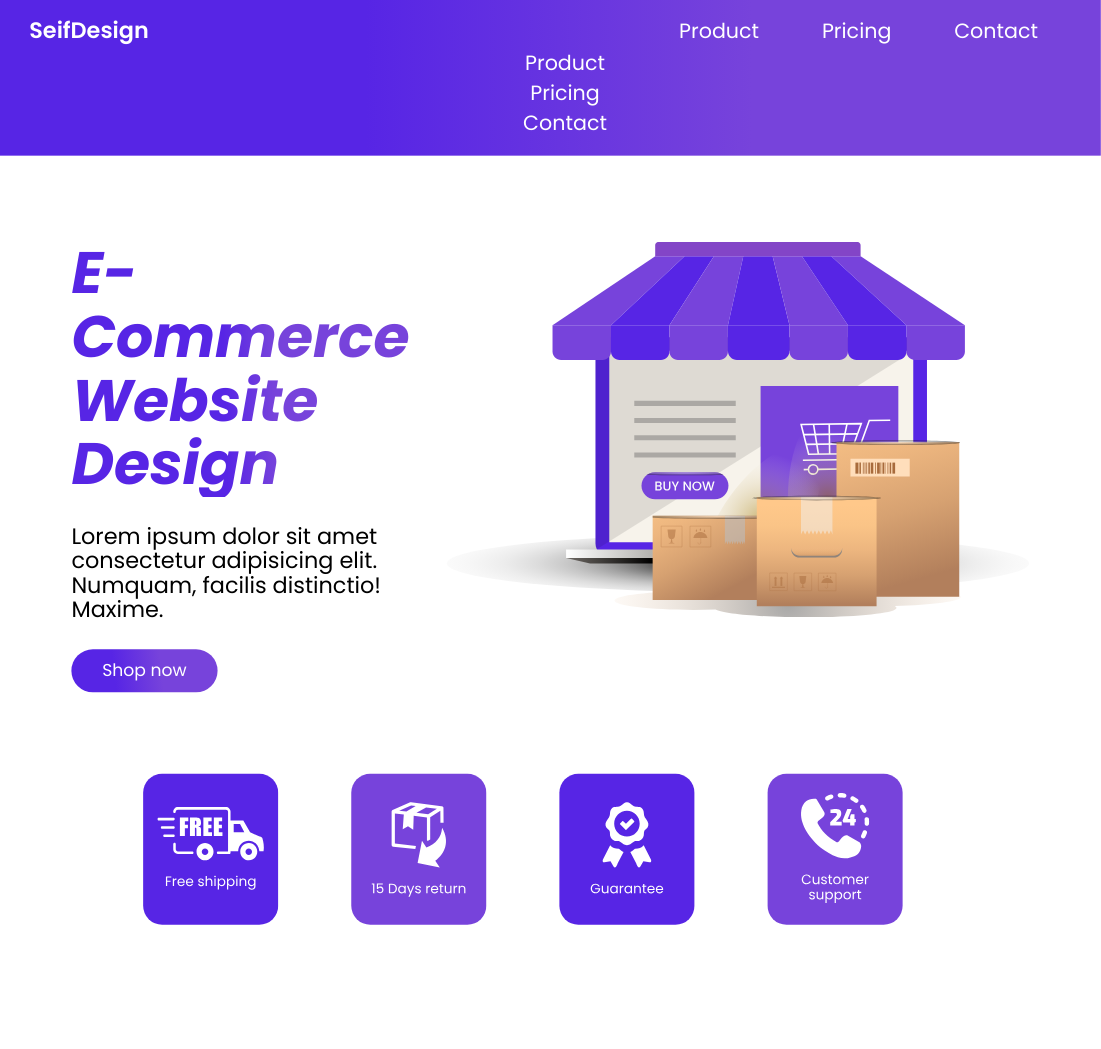
Repository: NatiqSamiyev/commers-desing-JS
Page: index.html
The author's editor kept a copy of each file at every save. The page is drawn from the files as they stood at one save, then again after the next save.
The browser window is 1280 px wide. The pictures show the whole page, at 86% of full size.
Some web fonts or font styles are not loaded; a fallback is used.

Above is the page before, as saved 2023-11-06 12:06:08.

### index.html
<!DOCTYPE html>
<html lang="en">
  <head>
    <meta charset="UTF-8" />
    <meta name="viewport" content="width=device-width, initial-scale=1.0" />
    <title>Document</title>
    <link rel="stylesheet" href="index.css" />
  </head>
  <body>
    <div class="commerse-design-container">
      <div class="top-container">


        <nav>
          <h1>SeifDesign</h1>
          <ul>
            <li>
              <a href="#">Product</a>
            </li>
            <li>
              <a href="#">Pricing</a>
            </li>
            <li>
              <a href="#">Contact</a>
            </li>
          </ul>
          <button>
            <img src="./image/Frame 1.svg" alt="">
          </button>
        </nav>
<div class="menu-box">
  <a href="#">Product</a>
  <a href="#">Pricing</a>
<a href="#">Contact</a>
</div>

      </div>

      <main>
        <div class="image-container">
          <div class="box-1">
            <h2>E-Commerce Website Design</h2>
            <p>
              Lorem ipsum dolor sit amet consectetur adipisicing elit. Numquam,
              facilis distinctio! Maxime.
            </p>
            <button>
              <a href="#">Shop now</a>
            </button>
          </div>

          <div class="box-2">
            <img src="./image/Group.svg" alt="" />
          </div>
        </div>


        <div class="bottom-container">
          <div class="box-1">
            <img src="./image/Frame 12.svg" alt="" />
            <img src="./image/Frame 11.svg" alt="" />
          </div>
         <div class="box-2">
          <img src="./image/Frame 10.svg" alt="" />
          <img src="./image/Frame 13.svg" alt="" />
         </div>

        </div>
      </main>


  </body>
  <script src="./index.js"></script>
</html>

### index.css
@import url("https://fonts.googleapis.com/css2?family=Epilogue:wght@400;600;700;800;900&family=Inter:wght@400;500;600;700&family=Laila:wght@700&family=Open+Sans:wght@400;600;700;800&family=Poppins:ital,wght@0,400;0,500;0,600;0,700;1,700&family=Roboto+Slab:wght@700&family=Roboto:wght@400;700;900&display=swap");

* {
  margin: 0;
  padding: 0;
  box-sizing: border-box;
}

.commerse-design-container {
  width: 100%;
  padding: 0 0 33px 0;
  min-height: 100vh;
}

.top-container {
  width: 100%;
  padding: 16px 0 21px 34px;
  background: linear-gradient(270deg, #7743db 31.64%, #5725e5 66.78%);
}

.top-container h1 {
  color: #fff;
  font-family: Poppins;
  font-size: 26px;
  font-style: normal;
  font-weight: 600;
  line-height: normal;
}

.top-container nav {
  display: flex;
  justify-content: space-between;
  align-items: center;
}
.top-container nav button {
  background: none;
  border: none;
  display: none;
}

.top-container nav ul {
  display: flex;
}

.top-container nav ul li {
  margin-right: 73px;
  list-style-type: none;
}

.top-container nav ul li a {
  text-decoration: none;
  color: #fff;
  text-align: center;
  font-family: Poppins;
  font-size: 24px;
  font-style: normal;
  font-weight: 300;
  line-height: normal;
}
.top-container .menu-box {
  padding: ;
}
.top-container .menu-box a{
  color: #FFF;
text-align: center;
font-family: Poppins;
font-size: 24px;
font-style: normal;
font-weight: 300;
line-height: normal;
text-decoration: none;
display: block;
}
main {
  width: 100%;
  padding: 100px 83px;
}
main .image-container {
  margin-bottom: 83px;
  display: flex;
  justify-content: space-between;
}

.box-1 h2 {
  margin-bottom: 32px;
  font-family: Poppins;
  font-size: 68px;
  font-style: italic;
  font-weight: 700;
  line-height: 109%;
  background: linear-gradient(268deg, #7743db 46.2%, #5725e5 59.09%);
  background-clip: text;
  -webkit-background-clip: text;
  -webkit-text-fill-color: transparent;
}

.box-1 p {
  margin-bottom: 32px;
  color: #000;
  font-family: Poppins;
  font-size: 26px;
  font-style: normal;
  font-weight: 300;
  line-height: 109%;
}

.box-1 button {
  width: 170px;
  height: 50px;
  padding: 0px 24px;
  display: flex;
  justify-content: center;
  align-items: center;
  gap: 10px;
  border-radius: 25px;
  background: linear-gradient(263deg, #7743db 38.81%, #5725e5 70.24%);
  border: none;
}

.box-1 button a {
  text-decoration: none;
  color: #fff;
  font-family: Poppins;
  font-size: 20px;
  font-style: normal;
  font-weight: 400;
  line-height: 109%;
}

.box-2 img {
  width: 677.61px;
  height: 437.417px;
}

.bottom-container {
  display: flex;
  justify-content: center;
}

.bottom-container img {
  margin-right: 64px;
  width: 178px;
  height: 199px;
  padding: 10px;
  border-radius: 25px;
}
.bottom-container .box-1 {
  display: flex;
}

.bottom-container .box-2 {
  display: flex;
}
/* mobile design */

@media screen and (max-width: 768px) {
  .commerse-design-container {
    background-color: #ececec;
  }
  .top-container {
    padding: 20px;
  }
  .top-container h1 {
    font-size: 18px;
  }
  main {
    padding: 60px 20px;
    margin-bottom: 0;
  }
  .top-container nav ul {
    display: none;
  }
  .top-container nav button {
    display: block;
  }
  .image-container .box-2 {
    margin-bottom: 29px;
    display: flex;
    justify-content: center;
    align-items: center;
  }
  .image-container {
    flex-direction: column-reverse;
  }
  .image-container .box-2 img {
    width: 352px;
    height: 256.511px;
  }

  .image-container .box-1 {
    width: 100%;
    display: flex;
    justify-content: center;
    flex-direction: column;
    align-items: center;
  }

  .image-container .box-1 h2 {
    width: 390px;
    text-align: center;
    font-size: 40px;
  }

  .box-1 p {
    text-align: center;
    font-size: 20px;
  }

  .bottom-container {
    margin-top: 46px;
    display: flex;
    flex-direction: column;
  }
  .bottom-container .box-2 {
    flex-direction: row-reverse;
    justify-content: center;
  }
  .bottom-container .box-1 {
    justify-content: center;
  }
  .bottom-container img {
    width: 160px;
    height: 180px;
    margin-right: 20px;
  }

  .box-1 button {
    margin-bottom: 0;
  }
}

Loaded but not shown: index.js (no stored copy; drawn as an empty file)

After the next save:
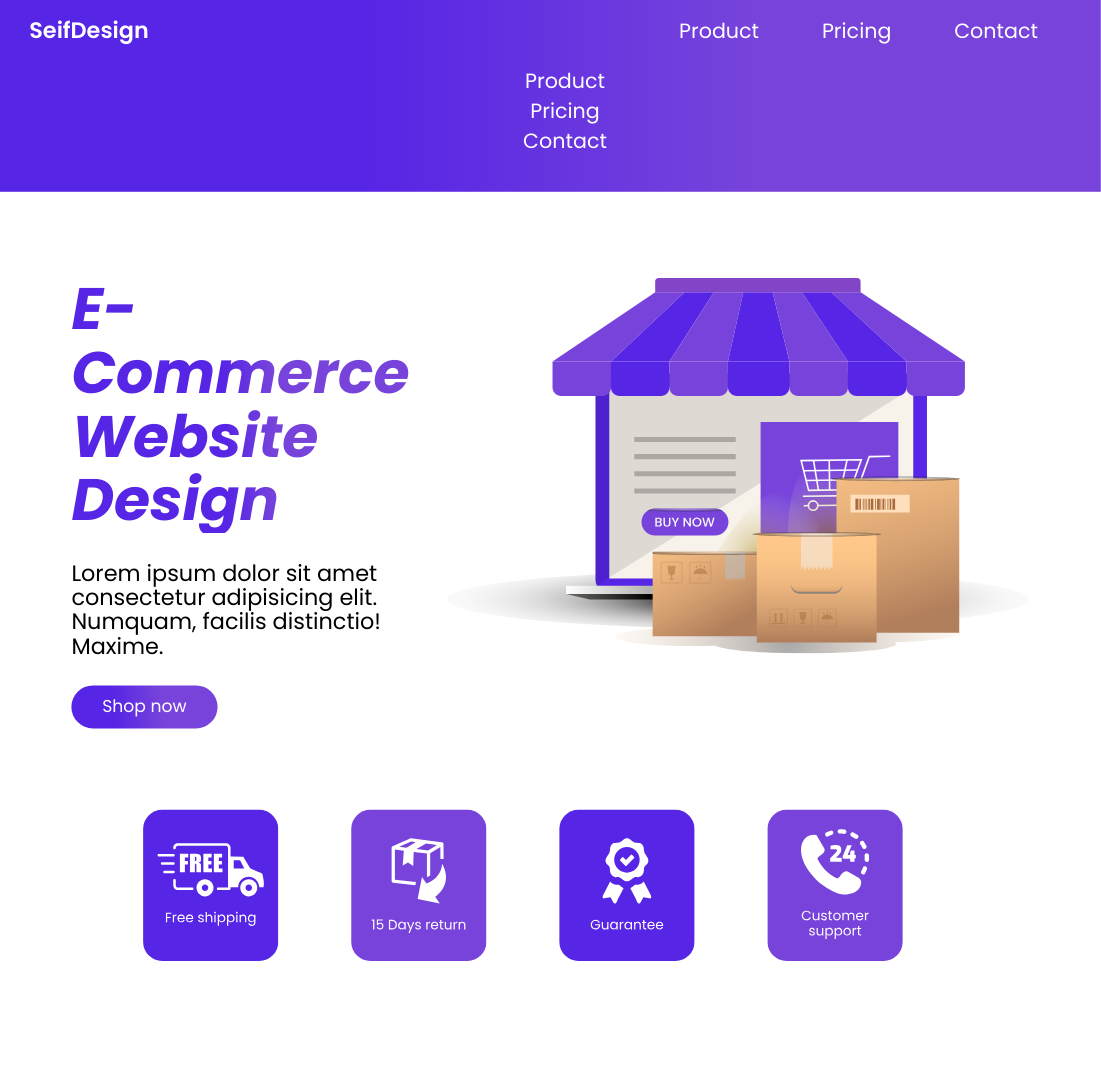
Saved 27 s later.
--- a/index.css
+++ b/index.css
@@ -58,7 +58,7 @@
   line-height: normal;
 }
 .top-container .menu-box {
-  padding: ;
+  padding: 21px 30px;
 }
 .top-container .menu-box a{
   color: #FFF;
